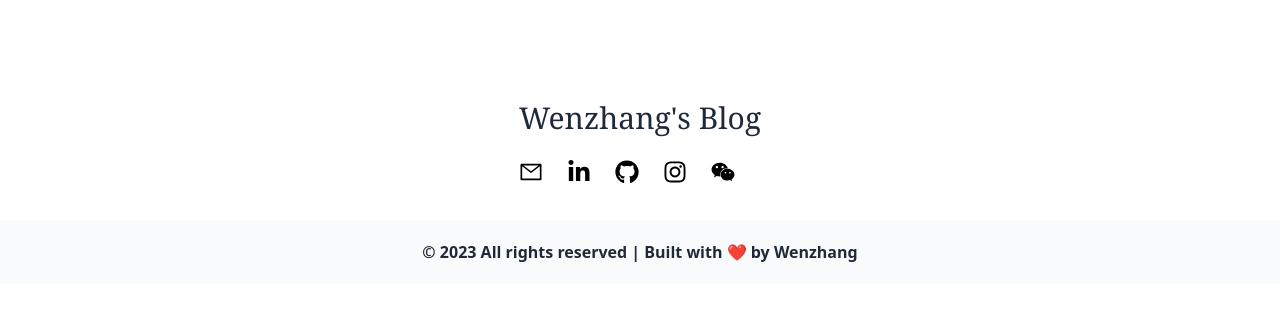
Repository: RealWenzhangGe/Wenzhang-s-Blog
Page: /components/Footer
The author's editor kept a copy of each file at every save. The page is drawn from the files as they stood at one save, then again after the next save.
The browser window is 1280 px wide. The pictures show the whole page.
The project was rebuilt for these pictures with package versions that can differ from the ones it lists, and the page was loaded fresh each time. The framework's server and built-in components were replaced by stand-ins that run in the browser. Also part of the build but not shown: next.config.js.

Above is the page before, as saved 2023-02-28 18:13:31.

### pages/components/Footer.tsx
import { AiOutlineMail } from "react-icons/ai";
import { FaLinkedinIn, FaGithub, FaInstagram, FaWeixin } from "react-icons/fa";

function Footer() {
 return (
   <>
     <div
       className="flex flex-col items-start justify-around w-full h-auto pt-20 md:flex-row"
       id="contact"
     >
       <div className="p-5">
         <ul>
           <p className="pb-6 font-serif text-3xl text-center text-gray-800 cursor-pointer">
             Wenzhang's Blog
           </p>
           <div className="flex gap-6 pb-4">
             <a href="mailto:wenzhangge06@qq.com">
               {" "}
               <AiOutlineMail className="text-2xl cursor-pointer hover:text-gray-600" />
             </a>
             <a
               href="https://www.linkedin.com/in/wenzhang-ge-5679a821b/"
               target="_blank"
             >
               {" "}
               <FaLinkedinIn className="text-2xl cursor-pointer hover:text-blue-600" />
             </a>
             <a href="https://github.com/RealWenzhangGe" target="_blank">
               {" "}
               <FaGithub className="text-2xl cursor-pointer hover:text-gray-600" />
             </a>
             <a href="https://www.instagram.com/wenzhang.ge/" target="_blank">
               {" "}
               <FaInstagram className="text-2xl cursor-pointer hover:text-gray-600" />
             </a>
             <a>
              {" "}
              <FaWeixin className="text-2xl cursor-pointer hover:text-gray-600">


              </FaWeixin>

             </a>






            </div>
         </ul>
       </div>
     </div>
     <div className="flex flex-col items-center justify-center p-5 text-center bg-gray-50">
       <h1 className="font-semibold text-gray-800 ">
         © 2023 All rights reserved | Built with ❤ by{" "}
         <span className="font-semibold cursor-pointer hover:text-blue-600">
           Wenzhang{" "}
         </span>
       </h1>
     </div>
   </>
 );
}

export default Footer;

Loaded but not shown: pages/_app.tsx (common file); styles/globals.css (common file); tailwind.config.js (common file)

After the next save:
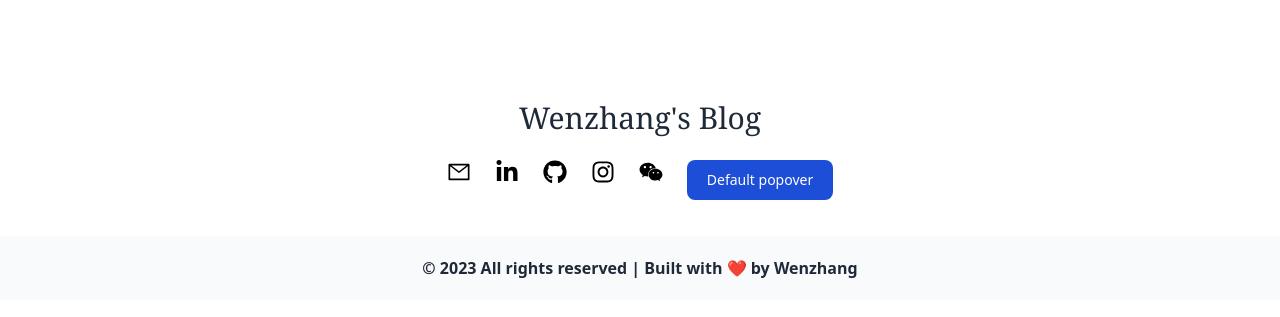
Saved 11 s later.
--- a/pages/components/Footer.tsx
+++ b/pages/components/Footer.tsx
@@ -46,6 +46,22 @@ function Footer() {
 
 
 
+<button data-popover-target="popover-default" type="button" class="text-white bg-blue-700 hover:bg-blue-800 focus:ring-4 focus:outline-none focus:ring-blue-300 font-medium rounded-lg text-sm px-5 py-2.5 text-center dark:bg-blue-600 dark:hover:bg-blue-700 dark:focus:ring-blue-800">Default popover</button>
+<div data-popover id="popover-default" role="tooltip" class="absolute z-10 invisible inline-block w-64 text-sm font-light text-gray-500 transition-opacity duration-300 bg-white border border-gray-200 rounded-lg shadow-sm opacity-0 dark:text-gray-400 dark:border-gray-600 dark:bg-gray-800">
+    <div class="px-3 py-2 bg-gray-100 border-b border-gray-200 rounded-t-lg dark:border-gray-600 dark:bg-gray-700">
+        <h3 class="font-semibold text-gray-900 dark:text-white">Popover title</h3>
+    </div>
+    <div class="px-3 py-2">
+        <p>And here's some amazing content. It's very engaging. Right?</p>
+    </div>
+    <div data-popper-arrow></div>
+</div>
+
+
+
+
+
+
 
             </div>
          </ul>
